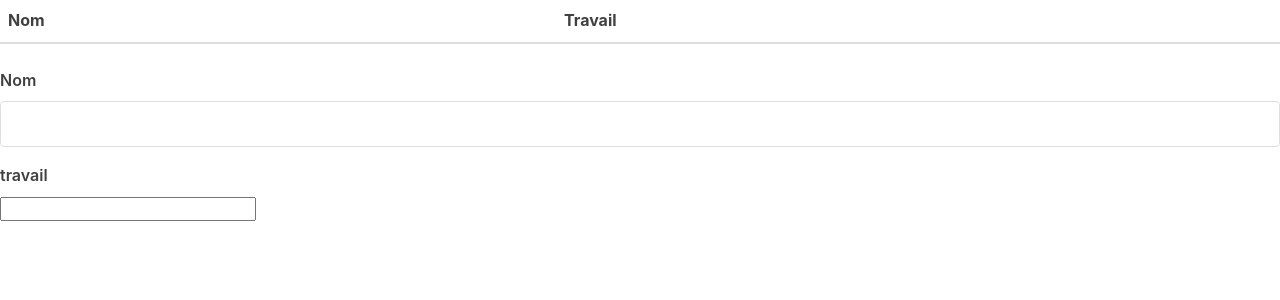
Repository: romgrm/firstAppInReact
Page: /
The author's editor kept a copy of each file at every save. The page is drawn from the files as they stood at one save, then again after the next save.
The browser window is 1280 px wide. The pictures show the whole page.
The project was rebuilt for these pictures with package versions that can differ from the ones it lists, and the page was loaded fresh each time.

Above is the page before, as saved 2020-11-15 19:42:39.

After the next save:
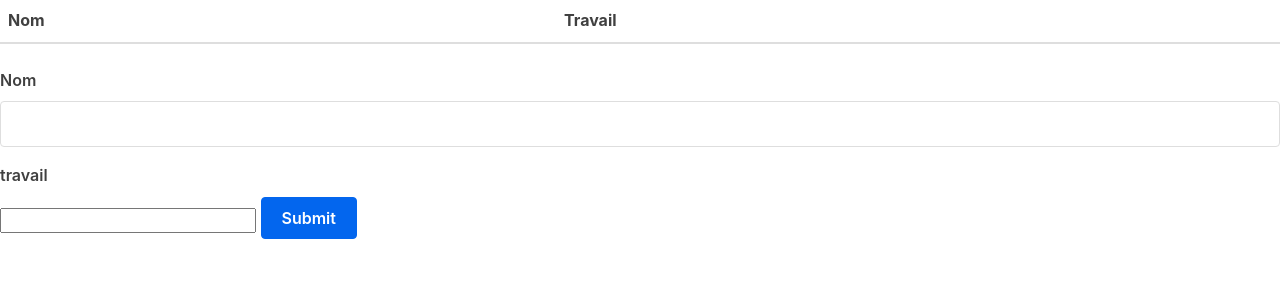
Saved 5 min 53 s later.
--- a/src/Form.js
+++ b/src/Form.js
@@ -21,6 +21,14 @@ class Form extends Component {
         })
     }
 
+    // on récupère les données envoyées par le handleSubmit et on les stocke sur notre état
+    submitForm = () => {
+        this.props.handleSubmit(this.state)
+        this.setState(this.initialState)
+    }
+
+
+
     // on return un formulaire avec les données du dessus (handle change, nom, travail... )
     render() {
         const { nom, travail } = this.state;
@@ -41,6 +49,10 @@ class Form extends Component {
               id="travail"
               value={travail}
               onChange={this.handleChange} /> {/** on opère un changement d'état au clic avec la fonction "handleChange"  */}
+            <input
+              type="button"
+              value="Submit"
+              onClick={this.submitForm}/>  {/** on utilise la fonction 'submitForm' sur le click button pour envoyer les données à notre état */}
           </form>
         );
       }
